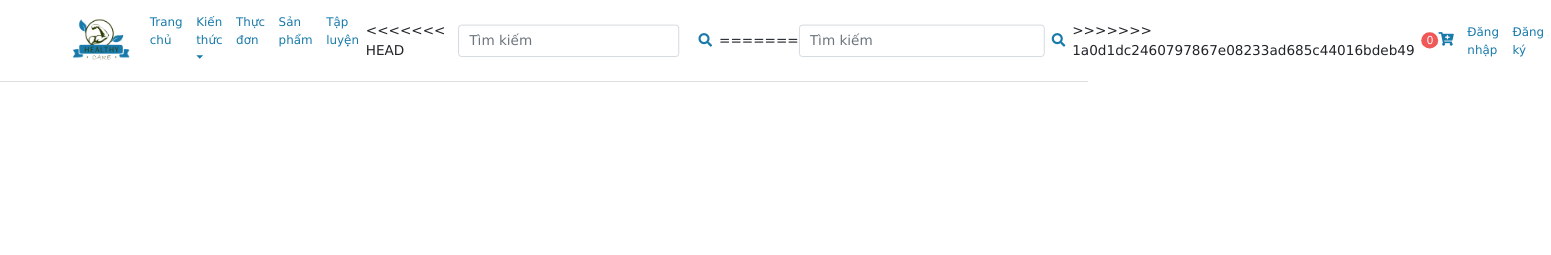
Repository: hohoang106/Project-Intern-Web
Page: homepage/navbar.html
An editor plug-in stored every save of this project. The page is shown before and after the next save, followed by the edit.
The browser window is 1280 px wide. The page is 1825 px wide, then 1280 px, so the pictures cover 1825 px, including what lies to the right of the window. The pictures show the whole page, at 85% of full size.
The page's requests for data from a server got no answer.

Above is the page before, as saved 2021-09-12 18:08:09.

After the next save:
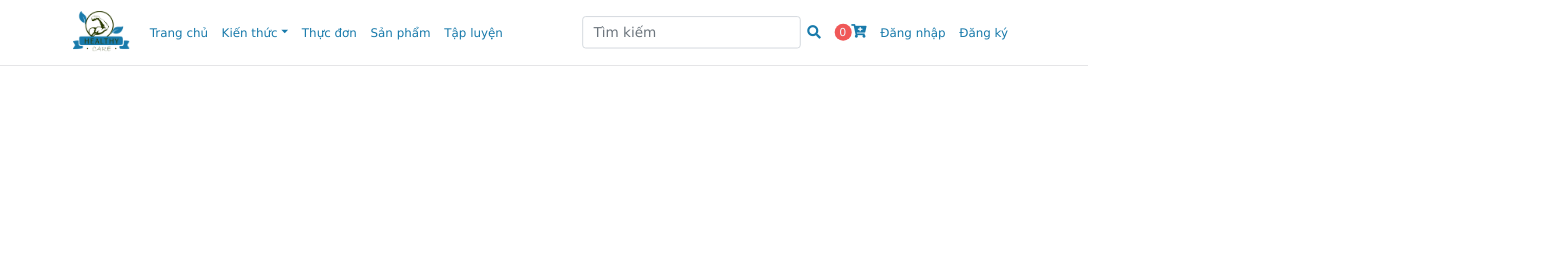
Saved 68 s later.
--- a/homepage/navbar.html
+++ b/homepage/navbar.html
@@ -51,16 +51,8 @@
 
         </ul>
 
-<<<<<<< HEAD
-        <div class="col-xl-3 col-12">
-          <input class="inputtext form-control " type="search" placeholder="Tìm kiếm">
-
-        </div>
-        <div class="icon-search m-2"><i class="fas fa-search"></i></div>
-=======
         <input class="form-control col-xl-3 col-12 inputtext" type="search" placeholder="Tìm kiếm">
         <div class="icon-search m-2"> <i class="fas fa-search"></i></div>
->>>>>>> 1a0d1dc2460797867e08233ad685c44016bdeb49
         <div class="icon-cart m-2">
           <a href="/homepage/payment.html" style="display: flex;">
             <div id="checkcartnumber" style="font-size: small; border-radius: 100%; color: aliceblue; background-color: rgb(240, 88, 88); width: 20px; text-align: center;">0</div>
